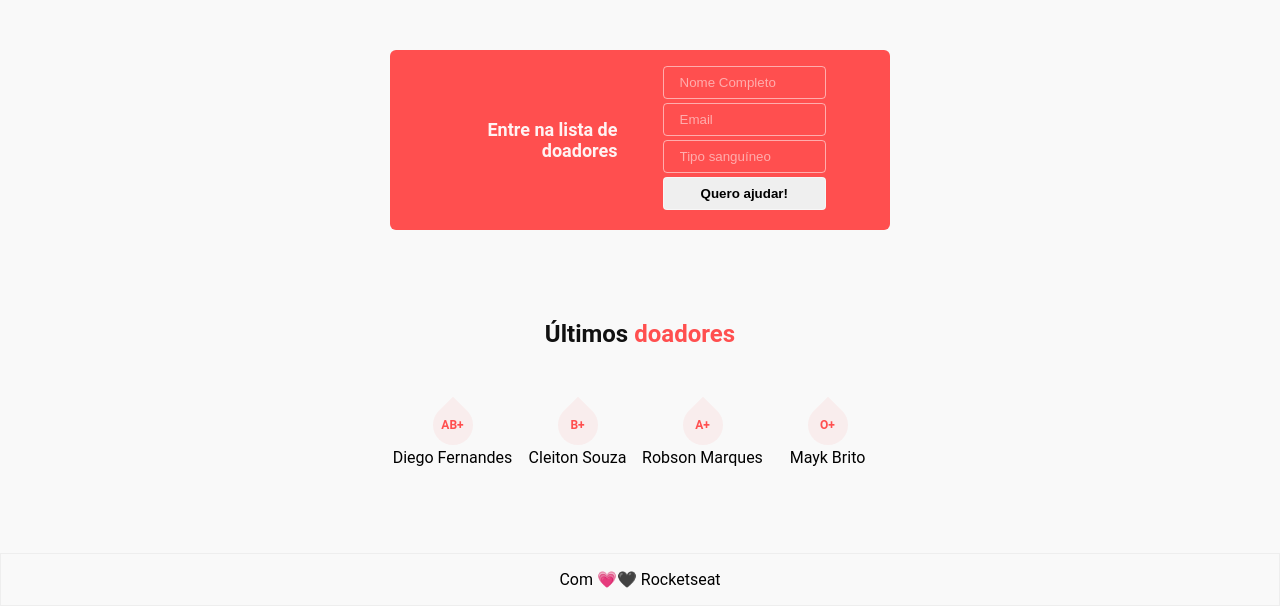
Repository: lucas-silva-dev/Doe
Page: index.html
The author's editor kept a copy of each file at every save. The page is drawn from the files as they stood at one save, then again after the next save.
The browser window is 1280 px wide. The pictures show the part of the page from y = 474 to 1088 px (the page is 1080 px tall before and 1088 px after).
A picture or video elsewhere on the page could not be fetched, so the positions and the page height are approximate. Some web fonts or font styles are not loaded; a fallback is used.

Above is the page before, as saved 2020-02-18 16:55:11.

After the next save:
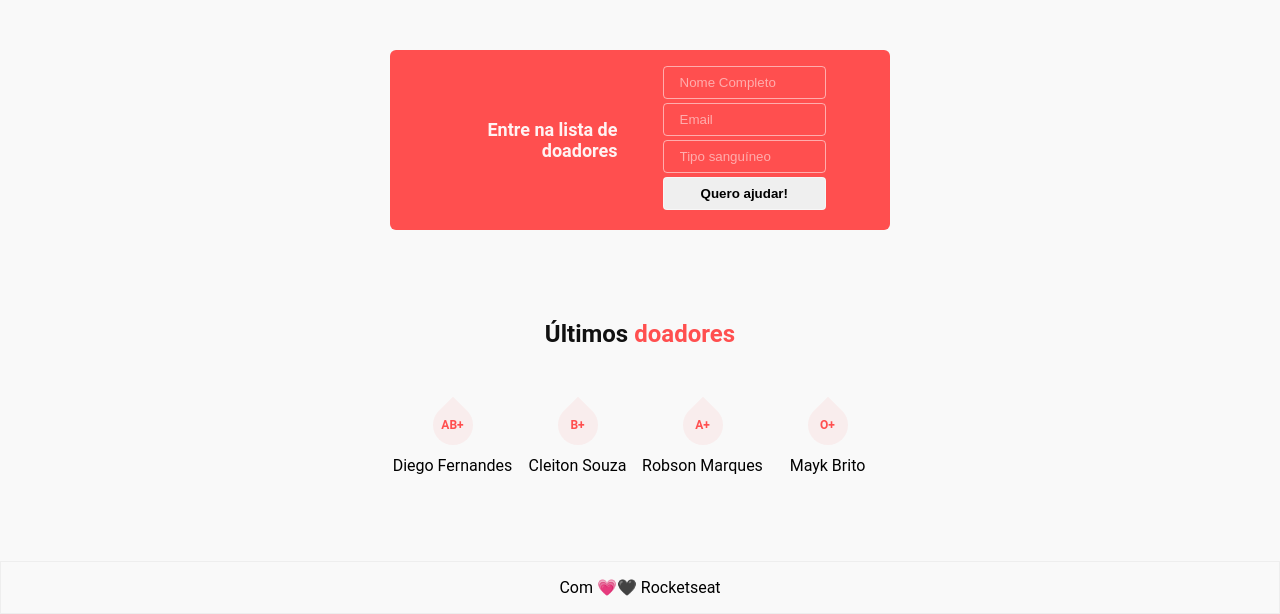
Saved 2 min 28 s later.
--- a/style.css
+++ b/style.css
@@ -151,6 +151,10 @@ main .donors {
   transform: rotate(-45deg);
 }
 
+.donor p {
+  margin-top: 24px;
+}
+
 /* footer*/
 footer {
   margin-top: auto;
